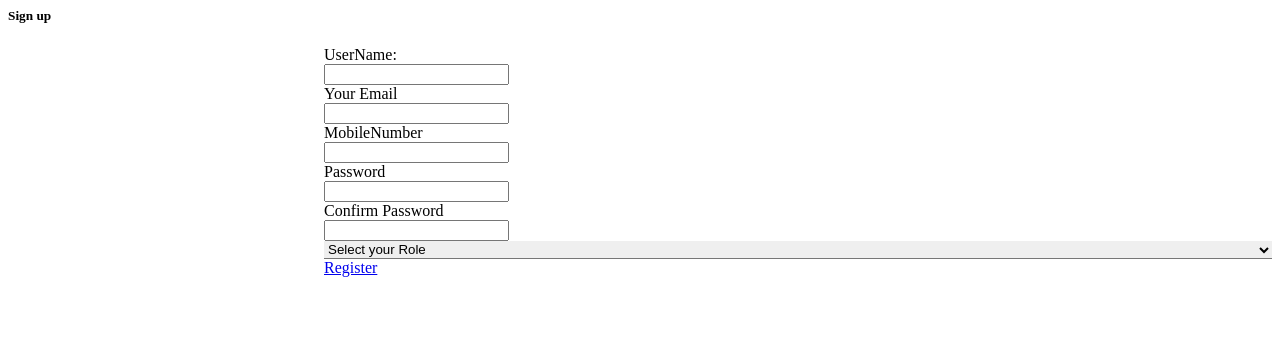
Repository: SUPRIGA/SecondProject
Page: CollaborationFrontEnd/src/main/webapp/user/register.html
An editor plug-in stored every save of this project. The page is shown before and after the next save, followed by the edit.
The browser window is 1280 px wide. The pictures show the whole page.

Above is the page before, as saved 2017-01-16 08:53:17.

### CollaborationFrontEnd/src/main/webapp/user/register.html

	<!--
			<form ng-submit="ctrl.submit()" method="post" style="margin-left: 25%;" name="myForm">
			<h2 style="margin-bottom: 0em;">Register Here</h2>
			<section class="content bgcolor-1" style="margin-top: -3em;">
					<span class="input input--nao" style="margin-top: 0em;">
					<input class="input__field input__field--nao" type="text" id="userName" name="userName" ng-model="ctrl.user.userName" />
					<label class="input__label input__label--nao" for="userName">
						<span class="input__label-content input__label-content--nao">Username</span>
					</label>
					<svg class="graphic graphic--nao" width="300%" height="100%" viewBox="0 0 1200 60" preserveAspectRatio="none">
						<path d="M0,56.5c0,0,298.666,0,399.333,0C448.336,56.5,513.994,46,597,46c77.327,0,135,10.5,200.999,10.5c95.996,0,402.001,0,402.001,0"/>
					</svg>
				</span><br>

					<span class="input input--nao" style="margin-top: -1em;">
					<input class="input__field input__field--nao " type="password" id="passWord" name="passWord" ng-model="ctrl.user.passWord" required  ng-minlength="8"/>
					<label class="input__label input__label--nao" for="passWord">
						<span class="input__label-content input__label-content--nao password">Password</span>
					</label>
					<svg class="graphic graphic--nao" width="300%" height="100%" viewBox="0 0 1200 60" preserveAspectRatio="none">
						<path d="M0,56.5c0,0,298.666,0,399.333,0C448.336,56.5,513.994,46,597,46c77.327,0,135,10.5,200.999,10.5c95.996,0,402.001,0,402.001,0"/>
					</svg>
				</span><br>
					<span class="input input--nao " style="margin-top: -1em;">
					<input class="input__field input__field--nao" type="password" id="confirmPass" name="confirmPass" ng-model="ctrl.user.confirmPass" onkeyup="checkPass(); return false;"/>
					<label class="input__label input__label--nao" for="confirmPass">
						<span class="input__label-content input__label-content--nao">Confirm Password</span>
					</label>
					<svg class="graphic graphic--nao" width="300%" height="100%" viewBox="0 0 1200 60" preserveAspectRatio="none">
						<path d="M0,56.5c0,0,298.666,0,399.333,0C448.336,56.5,513.994,46,597,46c77.327,0,135,10.5,200.999,10.5c95.996,0,402.001,0,402.001,0"/>
					</svg>
				</span><span id="confirmMessage" class="confirmMessage"></span><br>
				<span class="input input--nao" style="margin-top: -1em;">
					<input class="input__field input__field--nao" type="email" id="emailId" name="emailId" ng-model="ctrl.user.emailId"/>
					<label class="input__label input__label--nao" for="emailId">
						<span class="input__label-content input__label-content--nao">Email</span>
					</label>
					<svg class="graphic graphic--nao" width="300%" height="100%" viewBox="0 0 1200 60" preserveAspectRatio="none">
						<path d="M0,56.5c0,0,298.666,0,399.333,0C448.336,56.5,513.994,46,597,46c77.327,0,135,10.5,200.999,10.5c95.996,0,402.001,0,402.001,0"/>
					</svg>
				</span><br>
				<span class="input input--nao" style="margin-top: -1em;">
					<input class="input__field input__field--nao" type="text" id="phoneNo" name="phoneNo" ng-model="ctrl.user.phoneNo"/>
					<label class="input__label input__label--nao" for="phoneNo">
						<span class="input__label-content input__label-content--nao">Phone Number</span>
					</label>
					<svg class="graphic graphic--nao" width="300%" height="100%" viewBox="0 0 1200 60" preserveAspectRatio="none">
						<path d="M0,56.5c0,0,298.666,0,399.333,0C448.336,56.5,513.994,46,597,46c77.327,0,135,10.5,200.999,10.5c95.996,0,402.001,0,402.001,0"/>
					</svg>
				</span><br>
				<span class="input input--nao" style="margin-top: -1em;">
					<input class="input__field input__field--nao" type="text" id="address" name="address" ng-model="ctrl.user.address"/>
					<label class="input__label input__label--nao" for="address">
						<span class="input__label-content input__label-content--nao">Address</span>
					</label>
					<svg class="graphic graphic--nao" width="300%" height="100%" viewBox="0 0 1200 60" preserveAspectRatio="none">
						<path d="M0,56.5c0,0,298.666,0,399.333,0C448.336,56.5,513.994,46,597,46c77.327,0,135,10.5,200.999,10.5c95.996,0,402.001,0,402.001,0"/>
					</svg>
				</span><br>
					<span class="input input--nao" style="margin-top: -1em;">
					<input class="input__field input__field--nao" type="text" id="zipCode" name="zipCode" ng-model="ctrl.user.zipCode"/>
					<label class="input__label input__label--nao" for="zipCode">
						<span class="input__label-content input__label-content--nao">Zip Code</span>
					</label>
					<svg class="graphic graphic--nao" width="300%" height="100%" viewBox="0 0 1200 60" preserveAspectRatio="none">
						<path d="M0,56.5c0,0,298.666,0,399.333,0C448.336,56.5,513.994,46,597,46c77.327,0,135,10.5,200.999,10.5c95.996,0,402.001,0,402.001,0"/>
					</svg>
				</span><br>
				<span class="input input--nao" style="margin-top: 0em;" >
					<select name="role" ng-model="ctrl.user.role" style="outline: none; border-left: none; border-right: none; border-top: none; width: 100%;">
					<option value="">Select your Role</option>
						<option value="student">Student</option>
						<option value="alumini">Alumini</option>
						<option value="employee">Employee</option>
					</select>
				</span><br>
				<div class="row">
				<span class="input input--nao" style="margin-top: -1em; margin-left: 2em;">
				<a href="#login"> Existing User? </a>
				<input type="submit" name="submit" value="Register" class="btn btn-success" style="margin-left: 10em;" ng-disabled="myForm.$invalid">
				  <img ng-if="vm.dataLoading" src="data:[embedded picture, 922 characters]" />
				</span>

				</div>
			</section>




	</form> -->

			<!-- /container -->
		 <script src="js/classie.js"></script>
		<script>
			(function() {
				// trim polyfill : https://developer.mozilla.org/en-US/docs/Web/JavaScript/Reference/Global_Objects/String/Trim
				if (!String.prototype.trim) {
					(function() {
						// Make sure we trim BOM and NBSP
						var rtrim = /^[\s\uFEFF\xA0]+|[\s\uFEFF\xA0]+$/g;
						String.prototype.trim = function() {
							return this.replace(rtrim, '');
						};
					})();
				}

				[].slice.call( document.querySelectorAll( 'input.input__field' ) ).forEach( function( inputEl ) {
					// in case the input is already filled..
					if( inputEl.value.trim() !== '' ) {
						classie.add( inputEl.parentNode, 'input--filled' );
					}

					// events:
					inputEl.addEventListener( 'focus', onInputFocus );
					inputEl.addEventListener( 'blur', onInputBlur );
				} );

				function onInputFocus( ev ) {
					classie.add( ev.target.parentNode, 'input--filled' );
				}

				function onInputBlur( ev ) {
					if( ev.target.value.trim() === '' ) {
						classie.remove( ev.target.parentNode, 'input--filled' );
					}
				}
			})();
		</script>




		<div class="container">

			<div class="row main">
				<div class="main-login main-center">
				<h5>Sign up</h5>
					 <form ng-submit="ctrl.submit()" method="post" style="margin-left: 25%;" name="myForm">

						<div class="form-group">
							<label for="userName" class="cols-sm-2 control-label">UserName:</label>
							<div class="cols-sm-10">
								<div class="input-group">
									<span class="input-group-addon"><i class="fa fa-user fa" aria-hidden="true"></i></span>
									<input type="text" class="form-control" type="text" id="userName" name="userName" ng-model="ctrl.user.userName" for="userName"/>
								</div>
							</div>
						</div>

						<div class="form-group">
							<label for="email" class="cols-sm-2 control-label">Your Email</label>
							<div class="cols-sm-10">
								<div class="input-group">
									<span class="input-group-addon"><i class="fa fa-envelope fa" aria-hidden="true"></i></span>
									<input type="text" class="form-control" type="email" for="emailId" id="emailId" name="emailId" ng-model="ctrl.user.emailId"/>
								</div>
							</div>
						</div>

						<div class="form-group">
							<label for="username" class="cols-sm-2 control-label">MobileNumber</label>
							<div class="cols-sm-10">
								<div class="input-group">
									<span class="input-group-addon"><i class="fa fa-users fa" aria-hidden="true"></i></span>
									<input type="text" class="form-control"type="text" id="phoneNo" for="phoneNo"  name="phoneNo" ng-model="ctrl.user.phoneNo"/>
								</div>
							</div>
						</div>

						<div class="form-group">
							<label for="password" class="cols-sm-2 control-label">Password</label>
							<div class="cols-sm-10">
								<div class="input-group">
									<span class="input-group-addon"><i class="fa fa-lock fa-lg" aria-hidden="true"></i></span>
									<input type="password" class="form-control" type="password" for="passWord"  id="passWord" name="passWord" ng-model="ctrl.user.passWord" required  ng-minlength="8"/>
								</div>
							</div>
						</div>

						<div class="form-group">
							<label for="confirm" class="cols-sm-2 control-label">Confirm Password</label>
							<div class="cols-sm-10">
								<div class="input-group">
									<span class="input-group-addon"><i class="fa fa-lock fa-lg" aria-hidden="true"></i></span>
									<input type="password" class="form-control"type="password" id="confirmPass" name="confirmPass" for="confirmPass" ng-model="ctrl.user.confirmPass" onkeyup="checkPass(); return false;"/>
								</div>
							</div>
						</div>

               <div class="form-group">
                  <span class="input input--nao" style="margin-top: 0em;" >
					<select name="role" ng-model="ctrl.user.role" style="outline: none; border-left: none; border-right: none; border-top: none; width: 100%;">
					<option value="">Select your Role</option>
						<option value="student">Student</option>
						<option value="alumini">Alumini</option>
						<option value="employee">Employee</option>
					</select>
				</span><br>
				</div>
						<div class="form-group ">
							<a href="http://deepak646.blogspot.in" target="_blank" type="button" id="button" class="btn btn-primary btn-lg btn-block login-button">Register</a>
						</div>

					</form>
				</div>
			</div>
		</div>

		 <!-- jQuery (necessary for Bootstrap's JavaScript plugins) -->

### CollaborationFrontEnd/src/main/webapp/js/classie.js
/*!
 * classie - class helper functions
 * from bonzo https://github.com/ded/bonzo
 *
 * classie.has( elem, 'my-class' ) -> true/false
 * classie.add( elem, 'my-new-class' )
 * classie.remove( elem, 'my-unwanted-class' )
 * classie.toggle( elem, 'my-class' )
 */

/*jshint browser: true, strict: true, undef: true */
/*global define: false */

( function( window ) {

'use strict';

// class helper functions from bonzo https://github.com/ded/bonzo

function classReg( className ) {
  return new RegExp("(^|\\s+)" + className + "(\\s+|$)");
}

// classList support for class management
// altho to be fair, the api sucks because it won't accept multiple classes at once
var hasClass, addClass, removeClass;

if ( 'classList' in document.documentElement ) {
  hasClass = function( elem, c ) {
    return elem.classList.contains( c );
  };
  addClass = function( elem, c ) {
    elem.classList.add( c );
  };
  removeClass = function( elem, c ) {
    elem.classList.remove( c );
  };
}
else {
  hasClass = function( elem, c ) {
    return classReg( c ).test( elem.className );
  };
  addClass = function( elem, c ) {
    if ( !hasClass( elem, c ) ) {
      elem.className = elem.className + ' ' + c;
    }
  };
  removeClass = function( elem, c ) {
    elem.className = elem.className.replace( classReg( c ), ' ' );
  };
}

function toggleClass( elem, c ) {
  var fn = hasClass( elem, c ) ? removeClass : addClass;
  fn( elem, c );
}

var classie = {
  // full names
  hasClass: hasClass,
  addClass: addClass,
  removeClass: removeClass,
  toggleClass: toggleClass,
  // short names
  has: hasClass,
  add: addClass,
  remove: removeClass,
  toggle: toggleClass
};

// transport
if ( typeof define === 'function' && define.amd ) {
  // AMD
  define( classie );
} else {
  // browser global
  window.classie = classie;
}

})( window );

After the next save:
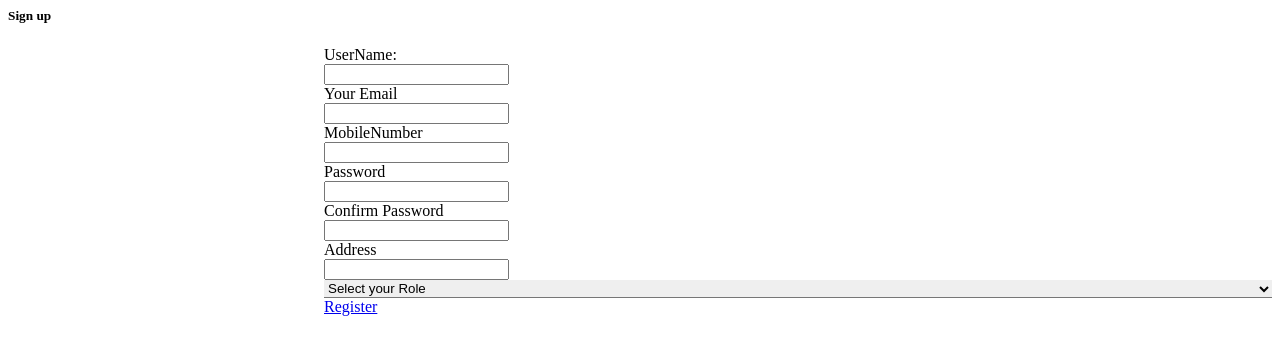
Saved 84 s later.
--- a/CollaborationFrontEnd/src/main/webapp/user/register.html
+++ b/CollaborationFrontEnd/src/main/webapp/user/register.html
@@ -188,6 +188,17 @@
 							</div>
 						</div>
 
+                     <div class="form-group">
+							<label for="confirm" class="cols-sm-2 control-label">Address</label>
+							<div class="cols-sm-10">
+								<div class="input-group">
+									<span class="input-group-addon"><i class="fa fa-lock fa-lg" aria-hidden="true"></i></span>
+									<input type="password" class="form-control"type="text" for="address" id="address" name="address" ng-model="ctrl.user.address"/>
+								</div>
+							</div>
+						</div>
+
+
                <div class="form-group">
                   <span class="input input--nao" style="margin-top: 0em;" >
 					<select name="role" ng-model="ctrl.user.role" style="outline: none; border-left: none; border-right: none; border-top: none; width: 100%;">
